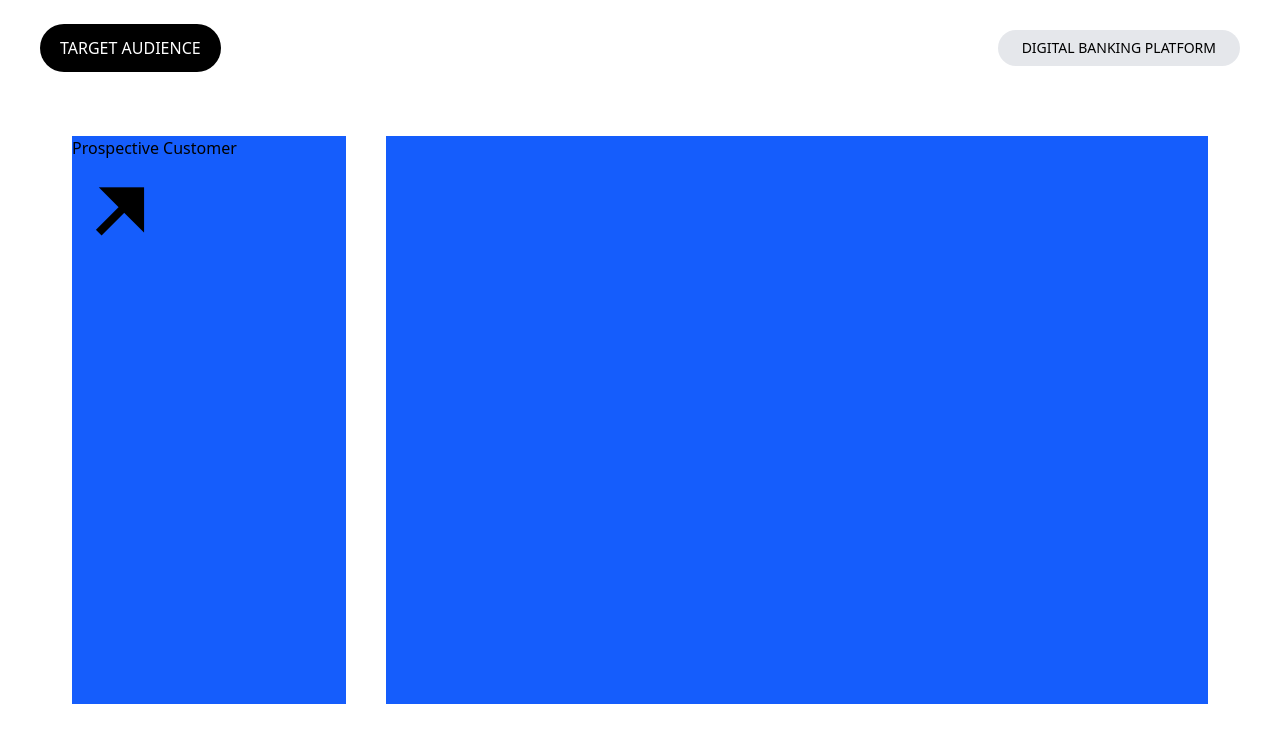
Repository: Mohitkumar1322/ReactTut
Page: / (app in projectSher1/)
An editor plug-in stored every save of this project. The page is shown before and after the next save, followed by the edit.
The browser window is 1280 px wide. The pictures show the whole page.
The project was rebuilt for these pictures with package versions that can differ from the ones it lists, and the page was loaded fresh each time. Also part of the build but not shown: projectSher1/vite.config.js.

Above is the page before, as saved 2025-11-16 14:04:19.

After the next save:
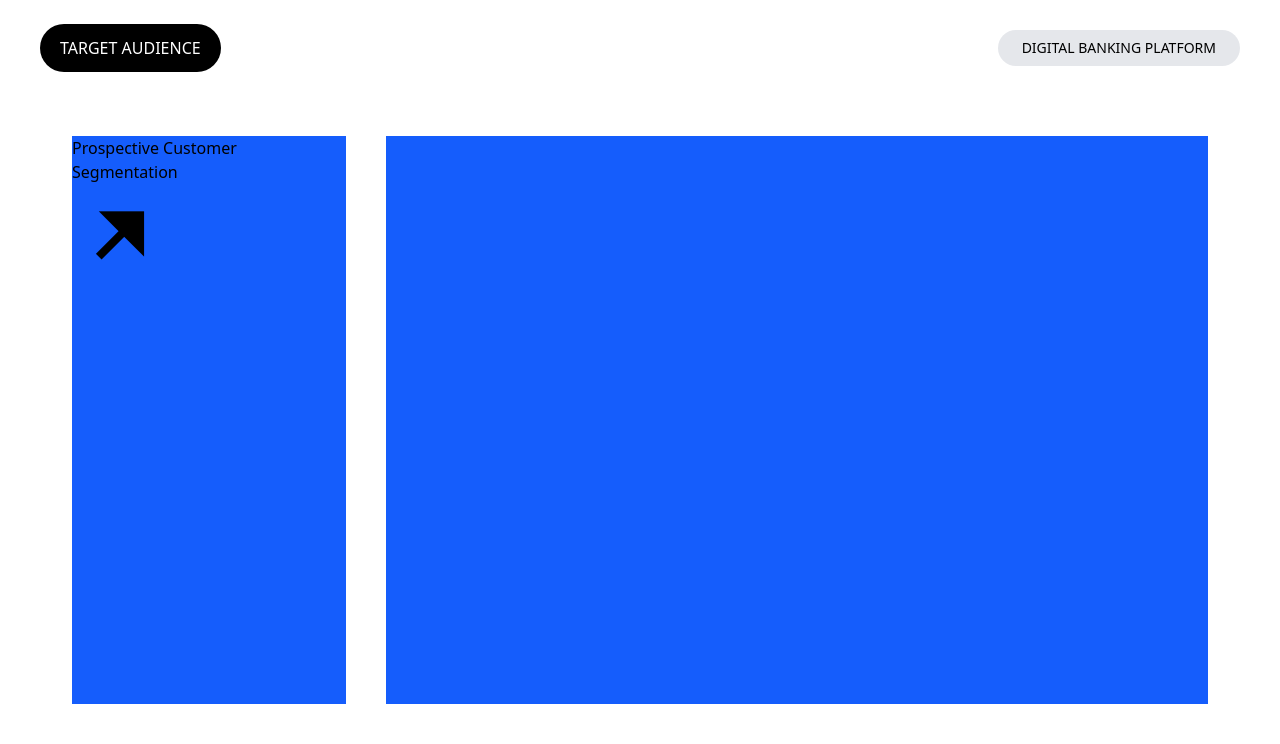
Saved 6 s later.
--- a/projectSher1/src/components/Section1/LeftContent.jsx
+++ b/projectSher1/src/components/Section1/LeftContent.jsx
@@ -5,7 +5,7 @@ const LeftContent = () => {
     <div className='h-full w-1/4 bg-blue-600'>
       <div>
         <h3>
-            Prospective Customer
+            Prospective Customer Segmentation
         </h3>
       </div>
       <div className='text-8xl'>
